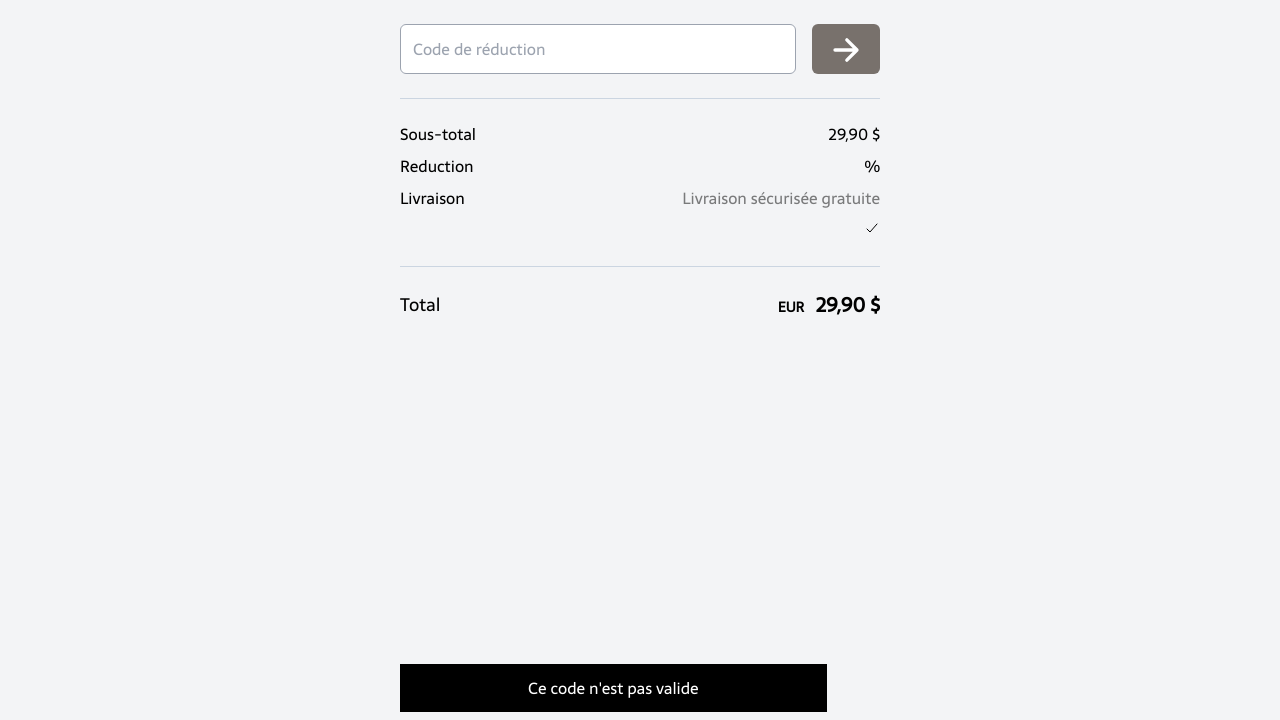
Repository: darlino/gotyu_shopify_section
Page: reduction_input210223/index.html
These files come from the project's save history. The page is drawn as it stood at one moment and after the next save; the edit follows.
The browser window is 1280 px wide. The pictures show the whole page.
Some web libraries are served in a nearby version.

Above is the page before, as saved 2023-02-21 22:56:00.

### reduction_input210223/index.html
<!DOCTYPE html>
<html lang="en">
  <head>
    <meta charset="UTF-8" />
    <meta http-equiv="X-UA-Compatible" content="IE=edge" />
    <meta name="viewport" content="width=device-width, initial-scale=1.0" />
    <title>Document</title>
    <link rel="preconnect" href="https://fonts.googleapis.com" />
    <link rel="preconnect" href="https://fonts.gstatic.com" crossorigin />
    <link
      href="https://fonts.googleapis.com/css2?family=Sarala&display=swap"
      rel="stylesheet"
    />
    <link rel="stylesheet" href="style.css" />
    <script src="https://cdn.tailwindcss.com"></script>
    <script
      type="module"
      src="https://unpkg.com/ionicons@5.5.2/dist/ionicons/ionicons.esm.js"
    ></script>
    <script
      nomodule
      src="https://unpkg.com/ionicons@5.5.2/dist/ionicons/ionicons.js"
    ></script>
  </head>
  <body>
    <section id="reduction210223">
      <div
        class="max-w-[1300px] relative h-screen flex flex-col mx-auto bg-gray-100"
      >
        <div
          class="flex flex-col space-y-6 md:px-20 px-8 py-6 mx-auto md:w-1/2 w-full"
        >
          <div id="form" class="form flex flex-row justify-between space-x-4">
            <input
              type="text"
              id="reduction"
              name="reduction"
              class="px-3 w-5/6 py-2 border outline-none border-1 border-gray-400 bg-white rounded-md"
              placeholder="Code de réduction"
            />
            <button
              type="button"
              onclick="displayValue()"
              class="px-2 w-1/6 py-1 bg-stone-500 rounded-md text-center"
            >
              <ion-icon
                name="arrow-forward-outline"
                class="text-4xl bg-none text-white relative top-1"
              ></ion-icon>
            </button>
          </div>
          <div class="w-full h-[.25px] bg-slate-300"></div>
          <div class="flex flex-col space-y-2">
            <div class="flex flex-row justify-between">
              <p class="text-md">Sous-total</p>
              <p class="text-md">29,90 $</p>
            </div>
            <div class="flex flex-row justify-between">
              <p class="text-md">Reduction</p>
              <p class="text-md"><span id="reductionCode"> </span> %</p>
            </div>
            <div class="flex flex-row justify-between">
              <p class="text-md">Livraison</p>
              <div class="flex flex-col space-y-2">
                <p class="text-md text-black/50">
                  Livraison sécurisée gratuite
                </p>
                <span class="text-right">
                  <ion-icon name="checkmark-outline"></ion-icon>
                </span>
              </div>
            </div>
          </div>
          <div class="w-full h-[.25px] bg-slate-300"></div>
          <div class="flex flex-row justify-between">
            <p class="text-lg">Total</p>
            <p class="text-xl font-bold">
              <span class="px-2 text-sm"> EUR </span> 29,90 $
            </p>
          </div>
          <div
            class="absolute bottom-2 px-10 p-3 bg-black text-center w-1/3 text-white"
          >
            Ce code n'est pas valide
          </div>
        </div>
      </div>
    </section>
    <script type="text/javascript">
      const promoCoupons = [
        {
          name: "abra",
          code: 20,
        },
        {
          name: "bonjour",
          code: 40,
        },
        {
          name: "cafe",
          code: 15,
        },
        {
          name: "dalton",
          code: 50,
        },
      ];
      function displayValue() {
        let inputValue = document.getElementById("reduction").value;
        console.log("Input value is", inputValue);
        const promo = promoCoupons.filter(
          (coupon) => coupon.name === inputValue
        );
        console.log(promo);
      }
    </script>
  </body>
</html>

### reduction_input210223/style.css
* {
  margin: 0;
  padding: 0;
  font-family: "Sarala", sans-serif;
  overflow: hidden;
}
#reduction {
  width: 100%;
  height: 100%;
}

After the next save:
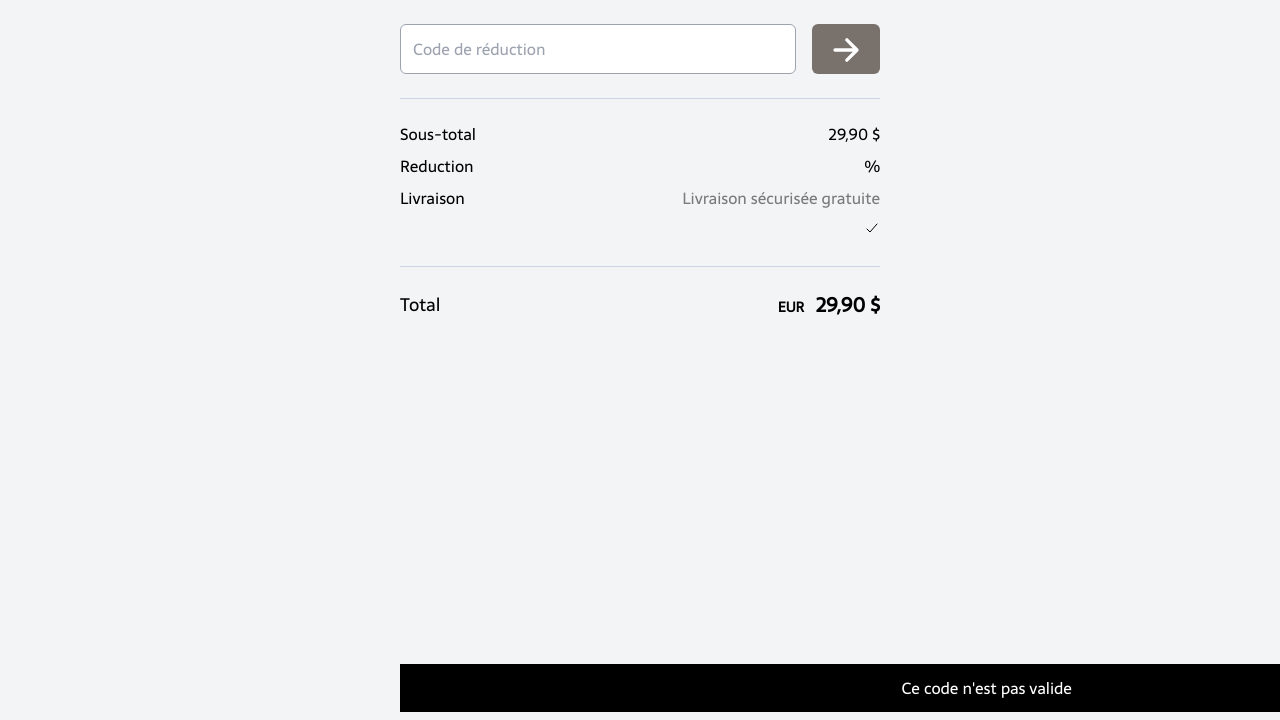
Saved 14 s later.
--- a/reduction_input210223/index.html
+++ b/reduction_input210223/index.html
@@ -79,7 +79,7 @@
             </p>
           </div>
           <div
-            class="absolute bottom-2 px-10 p-3 bg-black text-center w-1/3 text-white"
+            class="absolute bottom-2 px-10 p-3 bg-black text-center w-11/12 text-white"
           >
             Ce code n'est pas valide
           </div>
